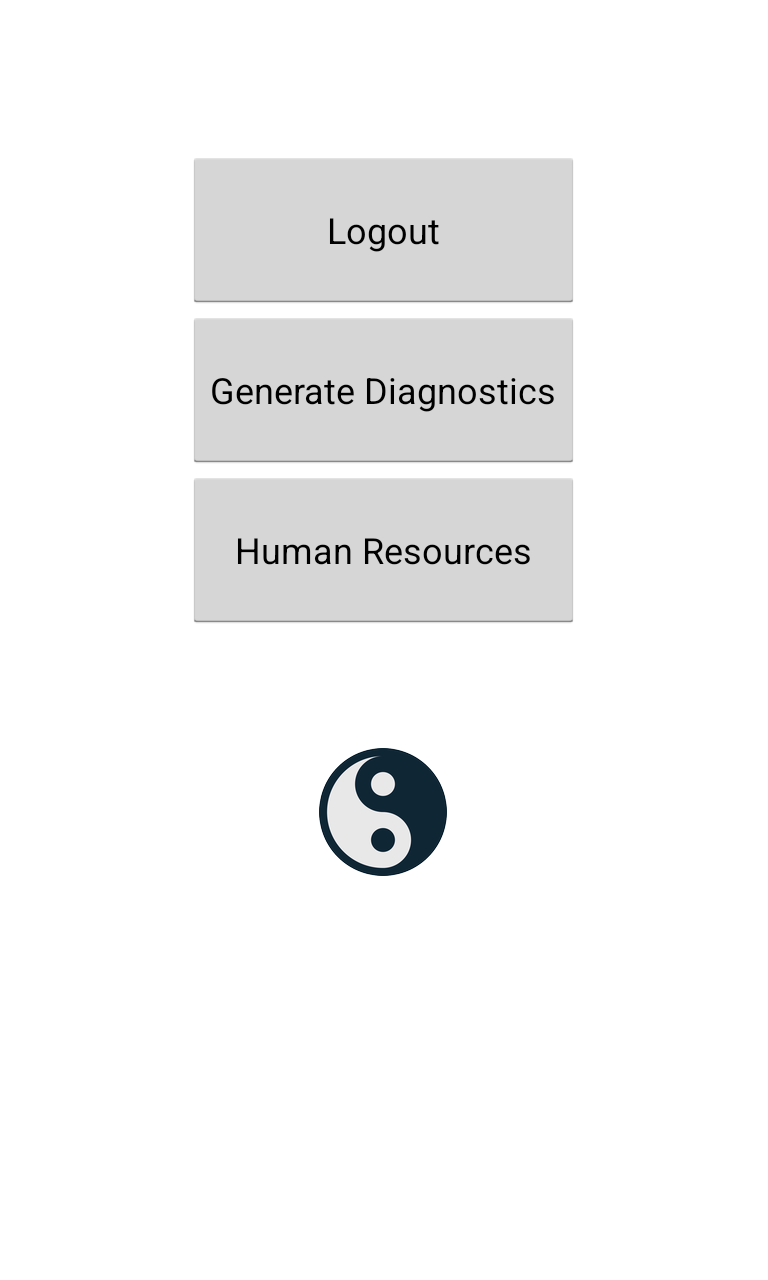
Repository: diogosufil/AcupunturaClienteAndroid
Layout: AcupunturaClienteAndroid/res/layout/activity_main.xml
The author's editor kept a copy of each file at every save. The layout is drawn from the files as they stood at one save, then again after the next save.
It is drawn on a 768 x 1280 px phone screen (xhdpi) without system bars, with theme AppTheme; the app's code is not run. The app's manifest (not shown) leaves right-to-left support off. So textAlignment, textDirection and layoutDirection are ignored, and left and right values win over start and end ones.

Above is the layout before, as saved 2015-01-07 12:55:47.

After the next save:
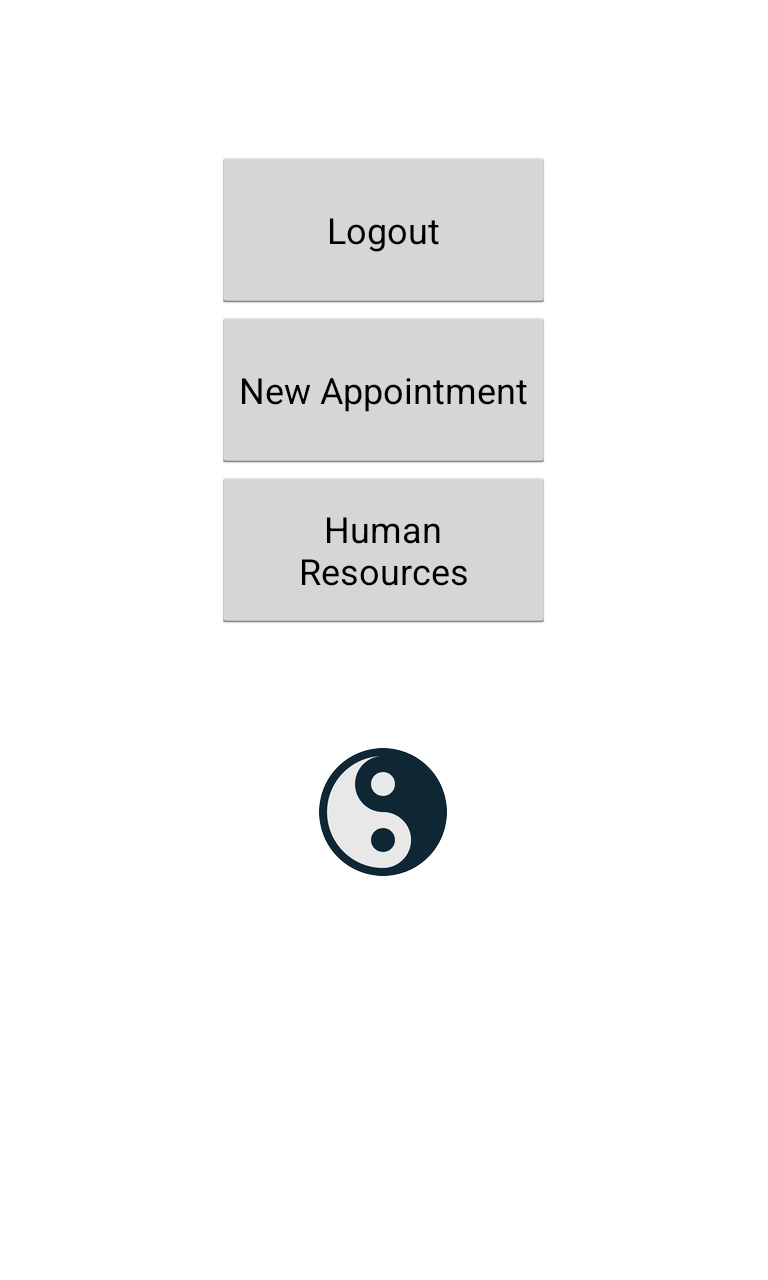
Saved 54 s later.
--- a/AcupunturaClienteAndroid/res/layout/activity_main.xml
+++ b/AcupunturaClienteAndroid/res/layout/activity_main.xml
@@ -41,7 +41,7 @@
             android:id="@+id/buttonDataManagement"
             android:layout_width="wrap_content"
             android:layout_height="80dp"
-            android:text="@string/generateDiagnostics" />
+            android:text="@string/newAppointment" />
 
         <Button
             android:id="@+id/buttonHumanResources"
